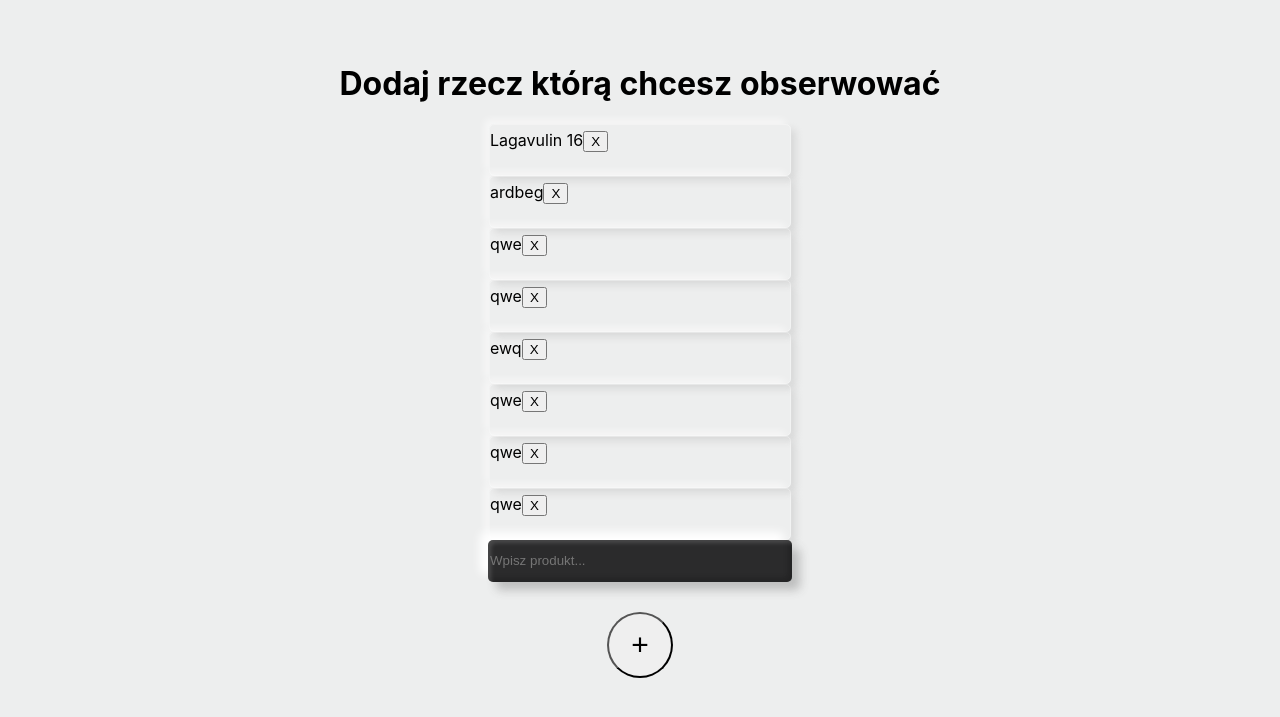
Repository: matedoo/crawler
Page: /MainApp
An editor plug-in stored every save of this project. The page is shown before and after the next save, followed by the edit.
The browser window is 1280 px wide. The pictures show the whole page.
The project was rebuilt for these pictures with package versions that can differ from the ones it lists, and the page was loaded fresh each time. Requests to the local data server were answered from the project's data file. Also part of the build but not shown: src/Components/button.js, src/Components/LoginComponents/LoginApp.js, src/Components/LoginComponents/RegisterApp.js, src/Components/btnContainer.js, src/Components/heading.js, src/Components/LoginComponents/StartApp.js.

Above is the page before, as saved 2020-05-01 18:19:28.

After the next save:
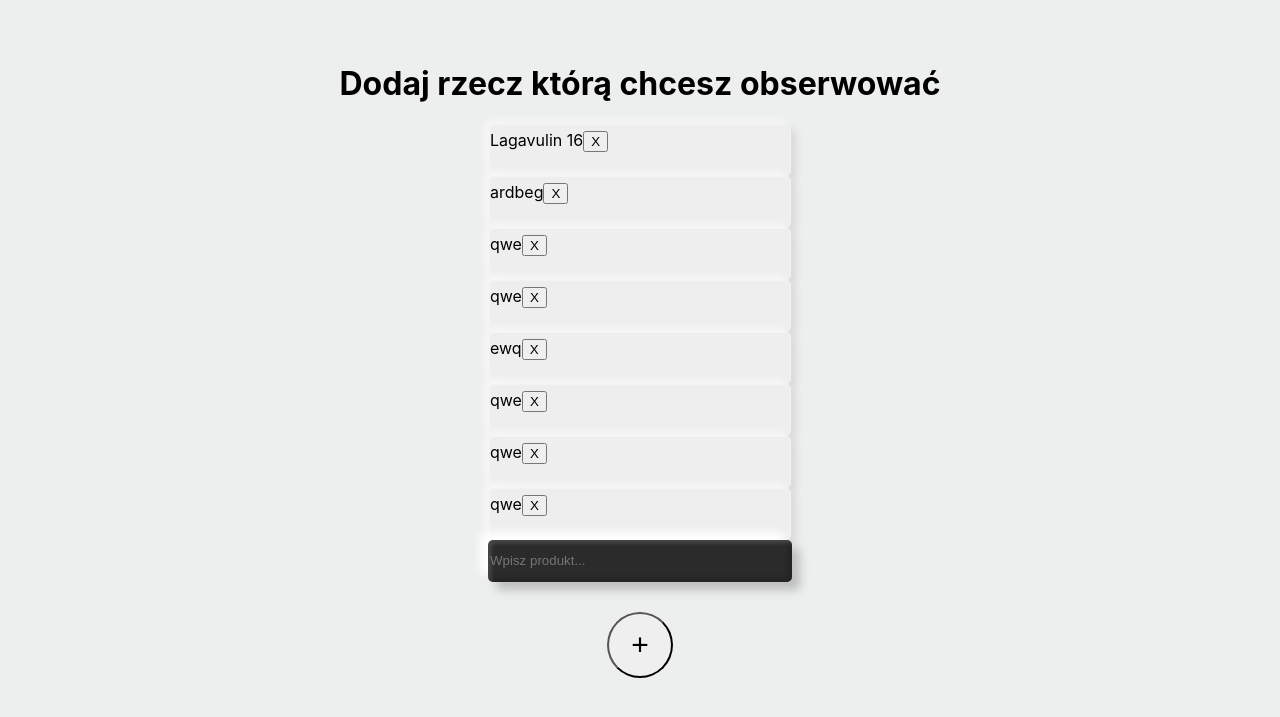
Saved 6 s later.
--- a/src/Components/MainApp/MainAppElement.js
+++ b/src/Components/MainApp/MainAppElement.js
@@ -22,5 +22,5 @@ const ElementStyled = styled.div`
   border-radius: 5px;
   box-shadow: -5px -5px 7px 0 rgba(255, 255, 255, 0.5), 5px 5px 7px 0 rgba(194, 193, 192, 0.45);
   border: solid 1px rgba(255, 255, 255, 0.3);
-  /* background-color: #efeeee; */
+  background-color: #efeeee;
 `
